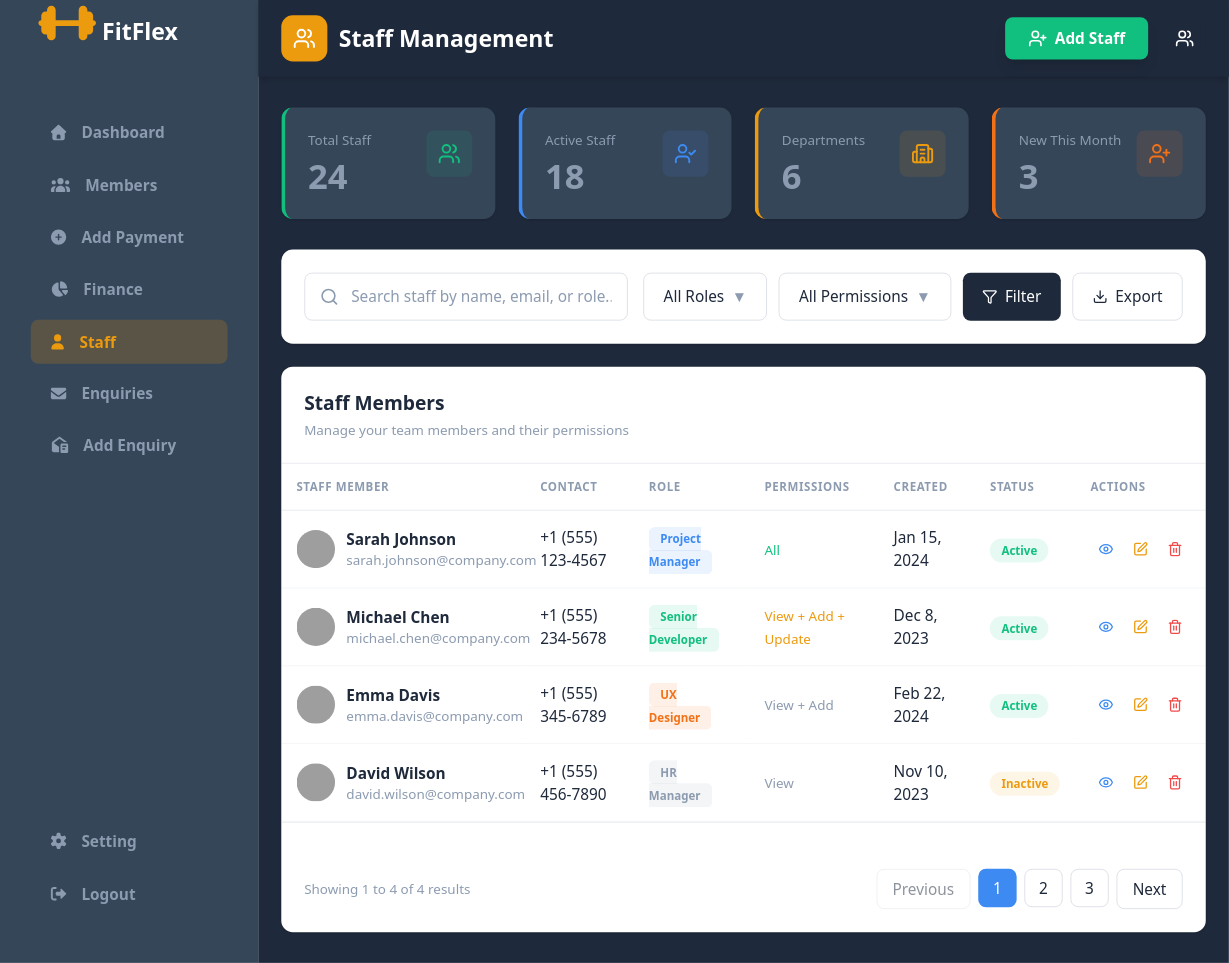
Repository: MuhammadTalhaTaj/gym_management_app_backend
Page: /staff (app in frontend/)
These files come from the project's save history. The page is drawn as it stood at one moment and after a run of saves; the edit follows.
The browser window is 1280 px wide. The pictures show the whole page, at 96% of full size.
Pictures or frames that could not be fetched are drawn as grey boxes. The project was rebuilt for these pictures with package versions that can differ from the ones it lists, and the page was loaded fresh each time. Also part of the build but not shown: frontend/vite.config.ts, frontend/src/assets/styles/AdminHeader.css, frontend/src/Components/AdminHeader.tsx, frontend/src/assets/styles/AdminDashboard.css, frontend/src/hooks/useDashboardData.ts, frontend/src/assets/styles/AdminDashboardStats.css, frontend/src/Components/AdminDashboardStats.tsx, frontend/src/Components/IncomeExpenseChart.tsx and 30 more.

Above is the page before, as saved 2025-11-21 09:58:14.

After the next 3 saves:
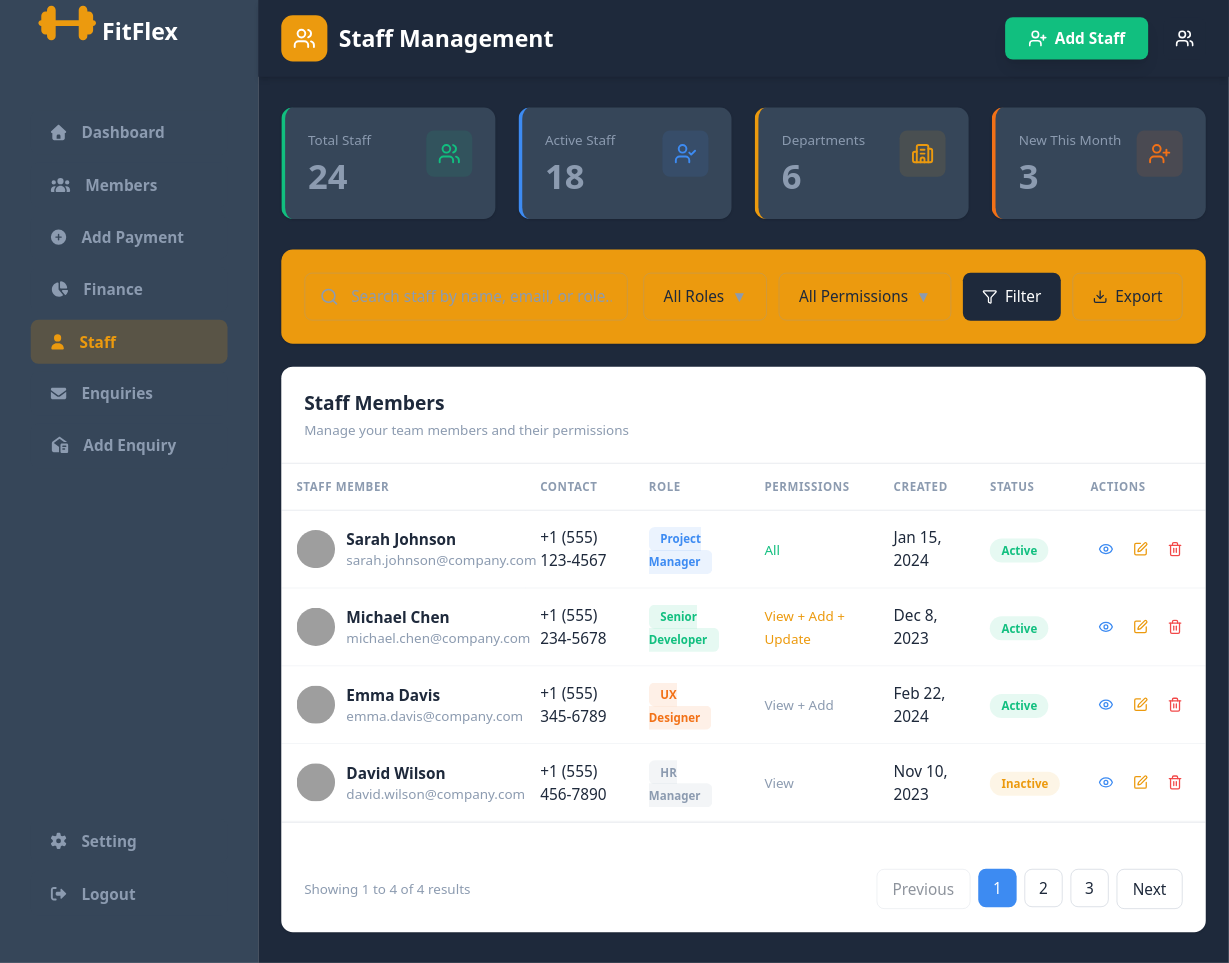
The 3 saves are shown as one change because they came seconds apart.
The last was saved 45 s later.
--- a/frontend/src/pages/Admin/Staff.tsx
+++ b/frontend/src/pages/Admin/Staff.tsx
@@ -294,7 +294,7 @@ const Staff = () => {
         </div>
 
         {/* Filters Section */}
-        <div className="bg-white rounded-xl shadow-sm p-6 mb-6">
+        <div className="bg-[var(--secondary-100)] rounded-xl shadow-sm p-6 mb-6">
           <div className="flex flex-col lg:flex-row gap-4 items-start lg:items-center">
             <SearchBar value={searchTerm} onChange={setSearchTerm} />
             <div className="flex flex-wrap gap-3">
